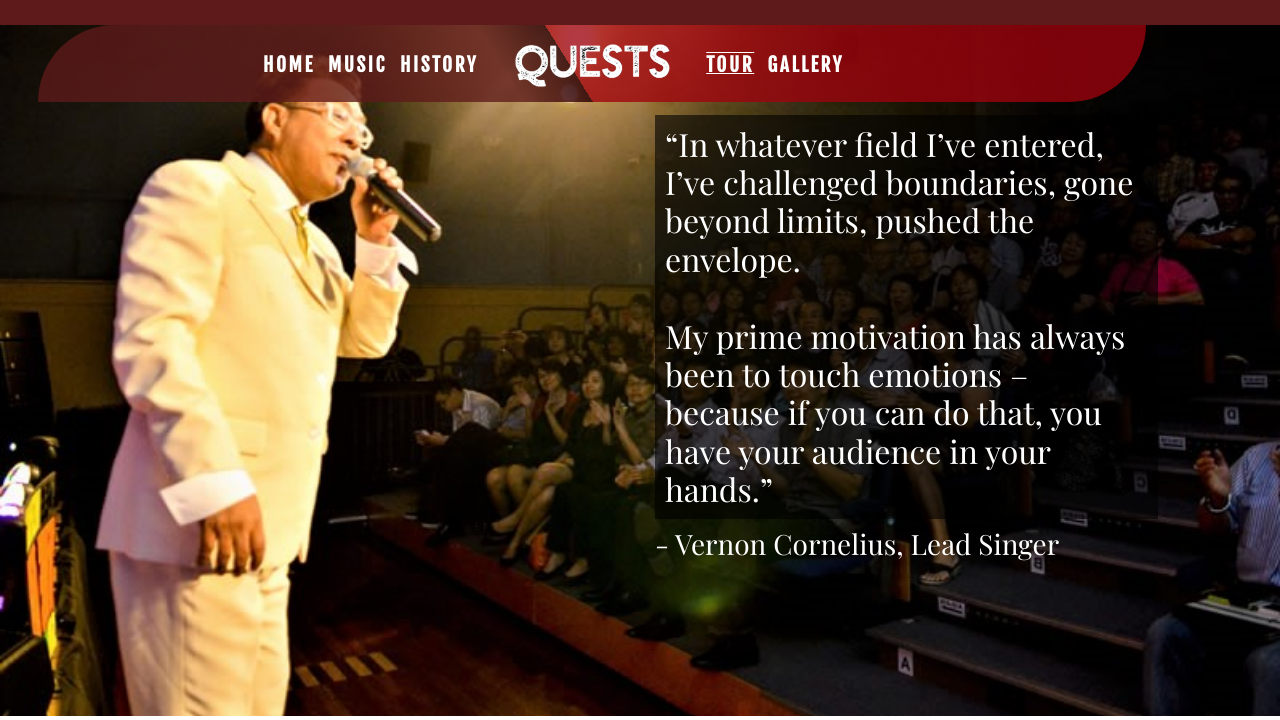
Repository: SamLookingGlass/User-Centric-Frontend-Development-Project
Page: tour.html
The author's editor kept a record of every edit. The page is drawn from the files as they stood at one moment, then again after the next edit.
The browser window is 1280 px wide. The pictures show the whole page.
Some web libraries are served in a nearby version.

Above is the page before.

### tour.html
<!doctype html>
<html lang="en">

<head>
  <!-- Required meta tags -->
  <meta charset="utf-8">
  <meta name="viewport" content="width=device-width, initial-scale=1, shrink-to-fit=no">

  <!-- Bootstrap CSS -->
  <link rel="stylesheet" href="https://maxcdn.bootstrapcdn.com/bootstrap/4.0.0/css/bootstrap.min.css" integrity="sha384-Gn5384xqQ1aoWXA+058RXPxPg6fy4IWvTNh0E263XmFcJlSAwiGgFAW/dAiS6JXm" crossorigin="anonymous">

  <!-- Google Fonts CSS -->
  <link href="https://fonts.googleapis.com/css?family=Fjalla+One&display=swap" rel="stylesheet">
  <link href="https://fonts.googleapis.com/css?family=Amatic+SC&display=swap" rel="stylesheet">
  <link href="https://fonts.googleapis.com/css?family=Playfair+Display&display=swap" rel="stylesheet">

  <!-- Font Awesoe CSS -->
  <link rel="stylesheet" href="https://cdnjs.cloudflare.com/ajax/libs/font-awesome/4.7.0/css/font-awesome.min.css">

  <!-- Own Stylesheet -->
  <link href="style.css" rel="stylesheet" type="text/css" />

  <title>The Quests Official - Tour</title>
</head>

<body id="borderhome" class="tour-background">
    <!--<div class="container-fluid" style="height:2vw"></div>-->
    <nav class="fontnew" id="navbg">
        <div class="container-fluid">
            <div class="row d-lg-flex">
                <div class="col-5 navnew navleft d-flex justify-content-end">
                    <ul class="d-flex">
                        <li><a href="home.html">HOME</a></li>
                        <li><a href="music.html">MUSIC</a></li>
                        <li><a href="history.html">HISTORY</a></li>
                    </ul>
                </div>
                <div class="col-2 d-lg-flex justify-content-center">
                    <a class="" href="home.html">
                     <img id="navlogo" class="img-fluid" src="images/logo/logo.png" alt="Quests Logo">
                </a>
                </div>
                <div class="col-5 navnew navright d-lg-flex justify-content-start">
                    <ul class="d-flex">
                        <li id="active"><a href="tour.html">TOUR</a></li>
                        <li><a href="gallery.html">GALLERY</a></li>
                    </ul>
                </div>
            </div>
        </div>
    </nav>
    <main>
        <div id="imagebg">
        </div>
    </main>
    <section>
        <div style="height:420pt" class="container-fluid">
            <div class="row">
                <div class="col-1"></div>
                <div class="col-5"></div>
                <div class="col-5 fonttypo">
                    <div>
                    <h2 class="cardbod cardbod-tour">
                        “In whatever field I’ve entered, I’ve challenged boundaries, gone beyond limits, pushed the envelope.
                        <br>
                        <br> My prime motivation has always been to touch emotions – because if you can do that, you have your audience in your hands.”
                        <br>
                    </h2>
                    <h3>
                         - Vernon Cornelius, Lead Singer
                    </h3>
                </div>
                <div class="col-1"></div>
            </div>
        </div>
    </section>
    <!-- Optional JavaScript -->
    <!-- jQuery first, then Popper.js, then Bootstrap JS -->
    <script src="https://code.jquery.com/jquery-3.2.1.slim.min.js" integrity="sha384-KJ3o2DKtIkvYIK3UENzmM7KCkRr/rE9/Qpg6aAZGJwFDMVNA/GpGFF93hXpG5KkN" crossorigin="anonymous"></script>
    <script src="https://cdnjs.cloudflare.com/ajax/libs/popper.js/1.12.9/umd/popper.min.js" integrity="sha384-ApNbgh9B+Y1QKtv3Rn7W3mgPxhU9K/ScQsAP7hUibX39j7fakFPskvXusvfa0b4Q" crossorigin="anonymous"></script>
    <script src="https://maxcdn.bootstrapcdn.com/bootstrap/4.0.0/js/bootstrap.min.js" integrity="sha384-JZR6Spejh4U02d8jOt6vLEHfe/JQGiRRSQQxSfFWpi1MquVdAyjUar5+76PVCmYl" crossorigin="anonymous"></script>
</body>

</html>

### style.css
/*Sanity Checks*/
.blue {
    background-color:blue;

}
.bod {
    border:solid 1px black;
}

.shadow-black {
    text-shadow: 2px 2px black;
}

.shadow-grey {
    text-shadow: 2px 1px grey;
}

/*Home Styling*/
.cardbod {
    margin-top:7vw;
    padding:0.5vw;
    display: flex;
    flex-direction: column;
}

/*Arrow Test https://codepen.io/raf187/pen/BvgGRQ*/
.red {
    margin-top:17vw;
}
body{
  margin-top: 0;
  padding: 0;
}
.arrow{
    position: absolute;
    top: 50%;
    left: 50%;
    transform: translate(-50%,-50%);
}
.arrow span{
    display: block;
    width: 30px;
    height: 30px;
    border-bottom: 5px solid rgb(158,2,13,0.7);
    border-right: 5px solid rgb(158,2,13,0.7);
    transform: rotate(45deg);
    margin: -12px;
    animation: animate 2s infinite;
}
.arrow span:nth-child(2){
    animation-delay: -0.2s;
}
.arrow span:nth-child(3){
    animation-delay: -0.4s;
}

@keyframes animate {
    0%{
        opacity: 0;
        transform: rotate(45deg) translate(-20px,-20px);
    }
    50%{
        opacity: 1;
    }
    100%{
        opacity: 0;
        transform: rotate(45deg) translate(20px,20px);
    }
}

/**/
#borderhome {
    border-top: solid 2vw rgb(94,26,26);
}

/*Parralax Scrolling */
.parralax {
    background-color:teal;
    height:480pt;
    background-attachment: fixed;
    background-position: center;
    background-repeat: no-repeat;
    background-size: cover;
}

.notparralax {
    background-image:url("images/background/background3.jpg");
    height:400pt;
    background-attachment: fixed;
    background-position: center;
    background-repeat: no-repeat;
    background-size: cover;
}

.notparralax div {
    padding-top:1vw;
}


/*Optional Color background-color:rgba(207, 0, 15, 0.6)*/
#navbg {
    background:rgb(94,26,26);
    background:linear-gradient(58deg, rgba(94,26,26,0.78) 42%, rgba(52,10,10,0.9) 48%, rgba(158,2,13,0.78) 48%);
    margin: 0 3vw;
    border-radius:15vw 0 15vw 0;
    position:absolute;
    z-index:1;
}

#navbg1 {
    background:rgb(94,26,26);
    background:linear-gradient(58deg, rgba(94,26,26,0.78) 42%, rgba(52,10,10,0.9) 48%, rgba(158,2,13,0.78) 48%);
    /*margin: 0 2vw; */
    /*border-radius:15vw 15vw 0 0;*/
}

.navbgz {
        position:absolute;
        z-index:1;
}
#active {
    text-decoration: underline overline;
}

.badgedesign {
    margin:10pt;
    padding:10pt;
    border: solid white 2pt;
    background-color:rgba(0, 0, 0, 0.6);
}

#navlogo {
   filter: invert(1);
   padding-top: 1.5vw;
}
.navnew li a {
    color: white;
}

.navnew li a:hover {
    text-decoration: underline overline;
}

.navnew li {
    text-decoration: none;
    list-style: none;
    padding-top: 1.5vw;
    margin: 5pt;
    font-size: 1.5vw;
    font-weight: bold;
}

.navright ul {
    position: relative;
    padding-left:0;
}

.navleft ul {
    position: relative;
    padding-right:0;
}

.fontnew {
    color:white;
    font-size: 1.3vw;
    font-family: 'Fjalla One', sans-serif;
    letter-spacing:0.2vw;

}

.fonttypo {
    font-family: 'Playfair Display', serif;
    color:white;
    font-size: 1vw;
    font-weight:bolder;
}

.fontfooter {
    color:white;
    font-size: 1vw;
    font-family: 'Fjalla One', sans-serif;
    letter-spacing:0.2vw;
    padding:0.18vw;
}

.logos i {
    padding-right:0.9vw;
}
#sec1 h1, p{
    padding:5pt;
    margin:10pt;
}

#videobg {
    z-index: -1;
    position: fixed;
    right: 0;
    bottom: 0;
    min-width: 100%;
    min-height: 120%;
}

@media (min-aspect-ratio: 16/9) {
    #videobg {
        width: 100%;
        height: auto;
    }
}

@media (min-aspect-ratio: 16/9) {
    #videobg {
        width: auto;
        height: 100%;
    }
}

/*edit size*/
@media (max-width: 200px) {
    #videobg {
        display: none;
    }
    body {
        background: url("");
        background-size: cover;
    }
}

/*Newsletter Form*/
/*To reference DNCE*/
.formbackground {
    margin-top:5vw;
    background-color:rgba(0, 0, 0, 0.8);
    padding:2vw;
}
#formcta {
    text-align: center;
    line-height: 1;
    cursor: pointer;
    vertical-align: middle;
    padding: .85em 1em;
    color: #fefefe;
    font-weight: 700;
    border-radius: 1px;
    margin: 0 10px 0 auto;
    border: none;
    transition: background .2s ease-in-out;
    font-size: 1rem;
    outline: 0;
    letter-spacing: .1em;
    text-transform: uppercase;
}

/*To reference DNCE*/
.blockheader1 {
    display: inline-block;
    font-family: "Amatic SC",cursive;
    font-weight: 700;
    border: 3px solid #f00833;
    color: white;
    padding: 0 1.125rem;
    margin: 0;
    border-radius: 1px;
    clear: both;
    letter-spacing: .05em;
    text-align: left;
    width: auto;
    text-transform: uppercase;
    position: relative;
    left: -1%;
    transform: skew(3deg);
}
.blockheader1::after {
    content: '';
    width: 0;
    height: 0;
    top: auto;
    border-style: solid;
    border-width: 12px 0 0 8px;
    border-color: #f00833 transparent transparent;
    position: absolute;
    bottom: -13px;
    left: 6%;
    z-index: 0;
    transform: rotate(-7deg);
}

#red-font {
    color: #f00833;
}

/*Gallery Styling*/


.fonttypo-gallery {
    font-family: 'Playfair Display', serif;
    color:rgb(158,2,13);
    font-size: 1vw;
    font-weight:bolder;
}

/*Reference for Gallery Images https://codepen.io/ozzy21/pen/JqgrvP*/

#gallerybod {
  margin: 0;
  padding: 0;
}
.container {
  width: 100%;
  display: grid;
  grid-auto-flow: dense;
  grid-template:
    "1fr 1fr 1fr 1fr 1fr" 33.33vh
    "1fr 1fr 1fr 1fr 1fr" 33.33vh
    "1fr 1fr 1fr 1fr 1fr" 33.33vh;
}

.container .box {
  position: relative;
  background: #ccc;
}
.container .box.a {
  grid-row: span 2;
}
.container .box.b,
.container .box.f,
.container .box.h,
.container .box.j {
  grid-column: span 2;
}
.container .box img {
  position: absolute;
  top: 0;
  left: 0;
  width: 100%;
  height: 100%;
  object-fit: cover;
}
@media (max-width: 991px) {
  .container {
    grid-template:
      "1fr 1fr 1fr" 250px
      "1fr 1fr 1fr" 250px
      "1fr 1fr 1fr" 250px
      "1fr 1fr 1fr" 250px
      "1fr 1fr 1fr" 250px;
  }
}
@media (max-width: 768px) {
  .container {
    grid-template:
      "1fr 1fr" 200px
      "1fr 1fr" 200px
      "1fr 1fr" 200px
      "1fr 1fr" 200px
      "1fr 1fr" 200px
      "1fr 1fr" 200px
      "1fr 1fr" 200px;
  }
}
.container .box.h {
  grid-column: span 1;
}

/*Music Styling*/
.cardbod-left {
    margin-top:13.1vw;
}

.cardbod-right {
    margin-top:9.1vw;
}

.cardbod-right div{
    margin:0.2vw;
}

.music-background {
    background-image: url("images/background/background4.jpg");
    background-position: center;
    background-repeat: no-repeat;
    background-size: cover;
    z-index:-1;
}

/*Tour Styling*/
.tour-background {
    background-image: url("images/background/background2.jpg");
    background-position: center;
    background-repeat: no-repeat;
    background-size: cover;
    z-index:-1;
}

.cardbod-tour {
    background-color: rgba(0,0,0,0.6);
    padding:10px;
}


.blockheader2 {
    display: inline-block;
    font-weight: 700;
    font-family: inherit;
    border: 3px solid #f00833;
    color: white;
    padding: 0 1.125rem;
    margin: 0;
    border-radius: 1px;
    clear: both;
    letter-spacing: .05em;
    text-align: left;
    width: auto;
    position: relative;
    left: -1%;
    transform: skew(3deg);
    background-color:rgba(0,0,0,0.6);
}
.blockheader2::after {
    content: '';
    width: 0;
    height: 0;
    top: auto;
    border-style: solid;
    border-width: 12px 0 0 8px;
    border-color: #f00833 transparent transparent;
    position: absolute;
    bottom: 43px;
    left: -2.1%;
    z-index: 0;
    transform: rotate(97deg);
}

.albumclass td img {
    width:6vw;
    margin-right:2vw;
    box-shadow: 0 4px 8px 0 rgba(0, 0, 0, 0.4), 0 10px 20px 0 rgba(0, 0, 0, 0.4);
}

.table th, .table td {
  vertical-align: baseline;
}

.table {
    margin-bottom:0;
}

/*History Styling*/
.history-background {
    background-image: url("images/gallery/image8.jpg");
    background-position: center;
    background-repeat: no-repeat;
    background-size: cover;
    z-index:-1;
}

.cardbod-left-history {
    margin-top:11.1vw;
}

After the next edit:
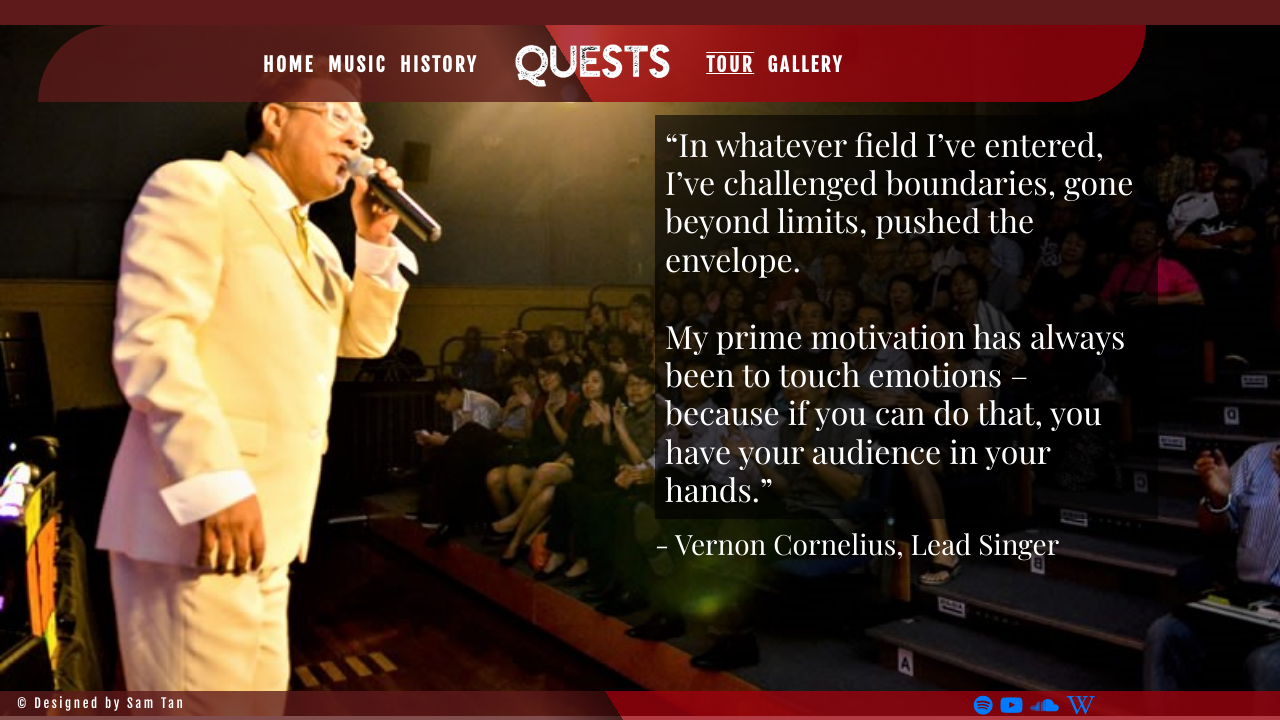
The edit:
--- a/tour.html
+++ b/tour.html
@@ -2,25 +2,25 @@
 <html lang="en">
 
 <head>
-  <!-- Required meta tags -->
-  <meta charset="utf-8">
-  <meta name="viewport" content="width=device-width, initial-scale=1, shrink-to-fit=no">
+    <!-- Required meta tags -->
+    <meta charset="utf-8">
+    <meta name="viewport" content="width=device-width, initial-scale=1, shrink-to-fit=no">
 
-  <!-- Bootstrap CSS -->
-  <link rel="stylesheet" href="https://maxcdn.bootstrapcdn.com/bootstrap/4.0.0/css/bootstrap.min.css" integrity="sha384-Gn5384xqQ1aoWXA+058RXPxPg6fy4IWvTNh0E263XmFcJlSAwiGgFAW/dAiS6JXm" crossorigin="anonymous">
+    <!-- Bootstrap CSS -->
+    <link rel="stylesheet" href="https://maxcdn.bootstrapcdn.com/bootstrap/4.0.0/css/bootstrap.min.css" integrity="sha384-Gn5384xqQ1aoWXA+058RXPxPg6fy4IWvTNh0E263XmFcJlSAwiGgFAW/dAiS6JXm" crossorigin="anonymous">
 
-  <!-- Google Fonts CSS -->
-  <link href="https://fonts.googleapis.com/css?family=Fjalla+One&display=swap" rel="stylesheet">
-  <link href="https://fonts.googleapis.com/css?family=Amatic+SC&display=swap" rel="stylesheet">
-  <link href="https://fonts.googleapis.com/css?family=Playfair+Display&display=swap" rel="stylesheet">
+    <!-- Google Fonts CSS -->
+    <link href="https://fonts.googleapis.com/css?family=Fjalla+One&display=swap" rel="stylesheet">
+    <link href="https://fonts.googleapis.com/css?family=Amatic+SC&display=swap" rel="stylesheet">
+    <link href="https://fonts.googleapis.com/css?family=Playfair+Display&display=swap" rel="stylesheet">
 
-  <!-- Font Awesoe CSS -->
-  <link rel="stylesheet" href="https://cdnjs.cloudflare.com/ajax/libs/font-awesome/4.7.0/css/font-awesome.min.css">
+    <!-- Font Awesoe CSS -->
+    <link rel="stylesheet" href="https://cdnjs.cloudflare.com/ajax/libs/font-awesome/4.7.0/css/font-awesome.min.css">
 
-  <!-- Own Stylesheet -->
-  <link href="style.css" rel="stylesheet" type="text/css" />
+    <!-- Own Stylesheet -->
+    <link href="style.css" rel="stylesheet" type="text/css" />
 
-  <title>The Quests Official - Tour</title>
+    <title>The Quests Official - Tour</title>
 </head>
 
 <body id="borderhome" class="tour-background">
@@ -60,20 +60,37 @@
                 <div class="col-5"></div>
                 <div class="col-5 fonttypo">
                     <div>
-                    <h2 class="cardbod cardbod-tour">
-                        “In whatever field I’ve entered, I’ve challenged boundaries, gone beyond limits, pushed the envelope.
-                        <br>
-                        <br> My prime motivation has always been to touch emotions – because if you can do that, you have your audience in your hands.”
-                        <br>
-                    </h2>
-                    <h3>
-                         - Vernon Cornelius, Lead Singer
-                    </h3>
+                        <h2 class="cardbod cardbod-tour">
+                            “In whatever field I’ve entered, I’ve challenged boundaries, gone beyond limits, pushed the envelope.
+                            <br>
+                            <br> My prime motivation has always been to touch emotions – because if you can do that, you have your audience in your hands.”
+                            <br>
+                        </h2>
+                        <h3>
+                            - Vernon Cornelius, Lead Singer
+                        </h3>
+                    </div>
+                    <div class="col-1"></div>
                 </div>
-                <div class="col-1"></div>
+            </div>
+    </section>
+
+    <footer class="fixed-bottom fontfooter" id="navbg1">
+        <div class="container-fluid">
+            <div class="row">
+                <div class="col-3">© Designed by Sam Tan </div>
+                <div class="col-6 d-lg-flex justify-content-center"></div>
+                <div class="col-3">
+                    <!--<a href=""><i class="fa fa-facebook-square" style="font-size:22px"></i></a>-->
+                    <a href="https://open.spotify.com/artist/4AOgY5YwQw4d5pgEX3f56A" target="_blank"><i class="fa fa-spotify" style="font-size:22px"></i></a>
+                    <a href="https://www.youtube.com/user/JoeWuSeattleWaUSA/featured" target="_blank"><i class="fa fa-youtube-play" style="font-size:22px"></i></a>
+                    <a href="https://soundcloud.com/user-73693220/keith-locke-the-quests-dont-1" target="_blank"><i class="fa fa-soundcloud" style="font-size:22px"></i></a>
+                    <a href="https://en.wikipedia.org/wiki/The_Quests" target="_blank"><i class="fa fa-wikipedia-w" style="font-size:22px"></i></a>
+                </div>
             </div>
         </div>
-    </section>
+    </footer>
+
     <!-- Optional JavaScript -->
     <!-- jQuery first, then Popper.js, then Bootstrap JS -->
     <script src="https://code.jquery.com/jquery-3.2.1.slim.min.js" integrity="sha384-KJ3o2DKtIkvYIK3UENzmM7KCkRr/rE9/Qpg6aAZGJwFDMVNA/GpGFF93hXpG5KkN" crossorigin="anonymous"></script>
